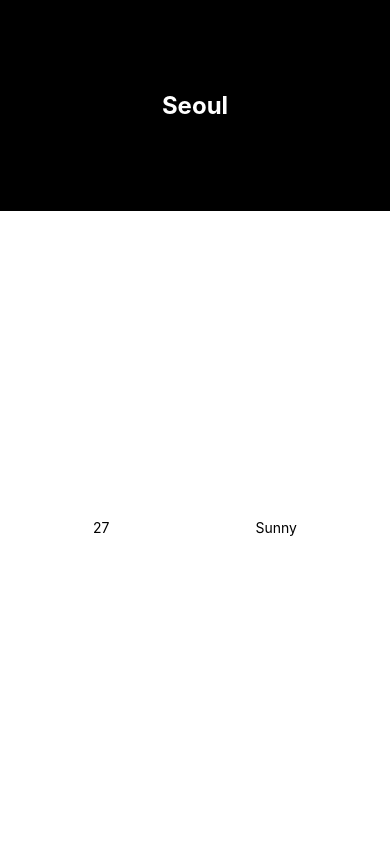
Repository: NewTurn2017/React-Native-Weather-App
Screen: /
An editor plug-in stored every save of this project. The screen is shown before and after the next save, followed by the edit.
The app was drawn by React Native's web renderer in a window 390 px wide. The project was rebuilt for these pictures with package versions that can differ from the ones it lists, and the page was loaded fresh each time.

Above is the screen before, as saved 2023-04-21 10:55:31.

After the next save:
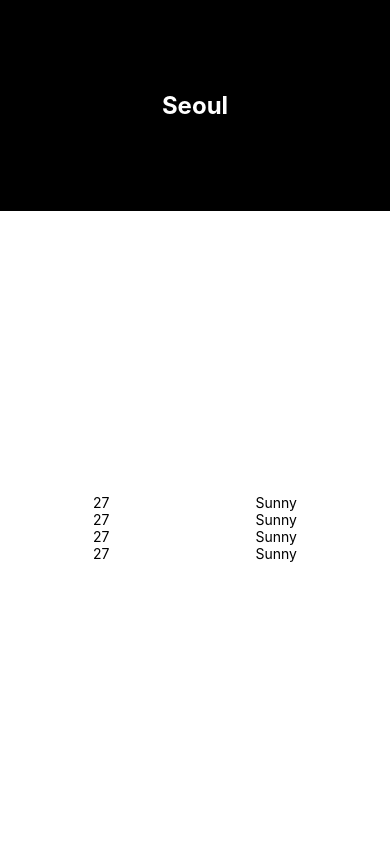
Saved 30 s later.
--- a/App.js
+++ b/App.js
@@ -9,6 +9,18 @@ export default function App() {
         <Text style={styles.cityName}>Seoul</Text>
       </View>
       <View style={styles.weather}>
+        <View style={styles.day}>
+          <Text styles={styles.temp}>27</Text>
+          <Text styles={styles.description}>Sunny</Text>
+        </View>
+        <View style={styles.day}>
+          <Text styles={styles.temp}>27</Text>
+          <Text styles={styles.description}>Sunny</Text>
+        </View>
+        <View style={styles.day}>
+          <Text styles={styles.temp}>27</Text>
+          <Text styles={styles.description}>Sunny</Text>
+        </View>
         <View style={styles.day}>
           <Text styles={styles.temp}>27</Text>
           <Text styles={styles.description}>Sunny</Text>

After the save that followed:
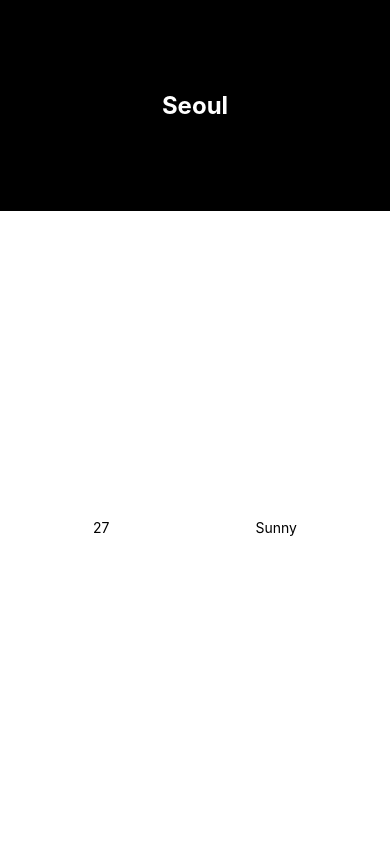
Saved 7 s later.
--- a/App.js
+++ b/App.js
@@ -9,18 +9,6 @@ export default function App() {
         <Text style={styles.cityName}>Seoul</Text>
       </View>
       <View style={styles.weather}>
-        <View style={styles.day}>
-          <Text styles={styles.temp}>27</Text>
-          <Text styles={styles.description}>Sunny</Text>
-        </View>
-        <View style={styles.day}>
-          <Text styles={styles.temp}>27</Text>
-          <Text styles={styles.description}>Sunny</Text>
-        </View>
-        <View style={styles.day}>
-          <Text styles={styles.temp}>27</Text>
-          <Text styles={styles.description}>Sunny</Text>
-        </View>
         <View style={styles.day}>
           <Text styles={styles.temp}>27</Text>
           <Text styles={styles.description}>Sunny</Text>
